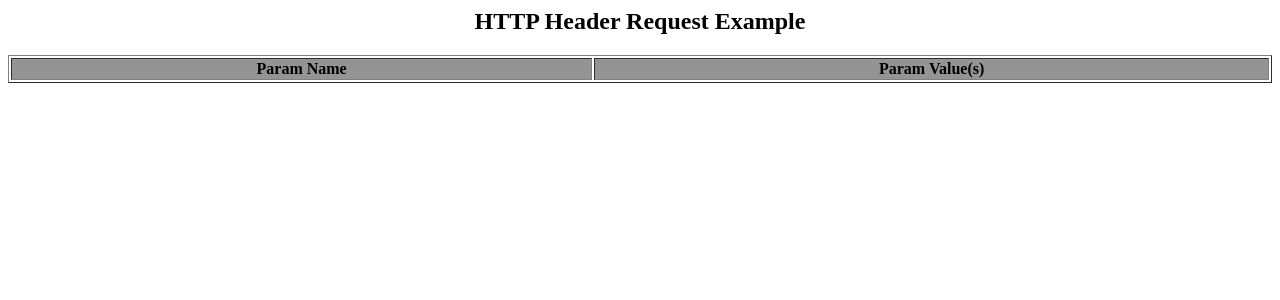
Repository: isaurabhkr/Spring-JavaCourse-101
Page: http://localhost/Web/Form.jsp
These files come from the project's save history. The page is drawn as it stood at one moment and after the next save; the edit follows.
The browser window is 1280 px wide. The pictures show the whole page.
The page is served by Tomcat 9.

Above is the page before, as saved 2019-08-06 03:29:37.

### Spring/WP/Web/WebContent/Form.jsp
<%@ page import = "java.io.*,java.util.*" %>

<html>
   <head>
      <title>HTTP Header Request Example</title>
   </head>

   <body>
      <center>
         <h2>HTTP Header Request Example</h2>
         <table width = "100%" border = "1" align = "center">
            <tr bgcolor = "#949494">
               <th>Param Name</th>
               <th>Param Value(s)</th>
            </tr>
            <%
               Enumeration paramNames = request.getParameterNames();
               while(paramNames.hasMoreElements()) {
                  String paramName = (String)paramNames.nextElement();
                  out.print("<tr><td>" + paramName + "</td>\n");
                  String paramValue = request.getHeader(paramName);
                  out.println("<td> " + paramValue + "</td></tr>\n");
               }
            %>
         </table>
      </center>

   </body>
</html>

After the next save:
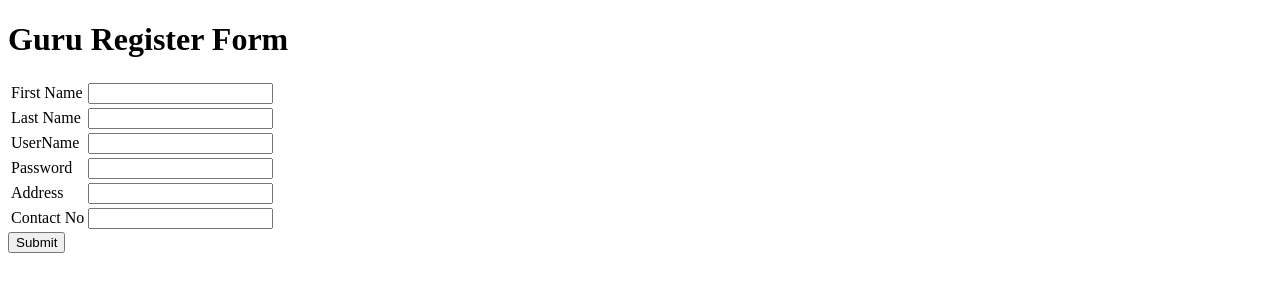
Saved 4 min 8 s later.
--- a/Spring/WP/Web/WebContent/Form.jsp
+++ b/Spring/WP/Web/WebContent/Form.jsp
@@ -1,29 +1,39 @@
-<%@ page import = "java.io.*,java.util.*" %>
-
+<%@ page language="java" contentType="text/html; charset=ISO-8859-1"
+    pageEncoding="ISO-8859-1"%>
+<!DOCTYPE html PUBLIC "-//W3C//DTD HTML 4.01 Transitional//EN" "http://www.w3.org/TR/html4/loose.dtd">
 <html>
-   <head>
-      <title>HTTP Header Request Example</title>
-   </head>
-
-   <body>
-      <center>
-         <h2>HTTP Header Request Example</h2>
-         <table width = "100%" border = "1" align = "center">
-            <tr bgcolor = "#949494">
-               <th>Param Name</th>
-               <th>Param Value(s)</th>
-            </tr>
-            <%
-               Enumeration paramNames = request.getParameterNames();
-               while(paramNames.hasMoreElements()) {
-                  String paramName = (String)paramNames.nextElement();
-                  out.print("<tr><td>" + paramName + "</td>\n");
-                  String paramValue = request.getHeader(paramName);
-                  out.println("<td> " + paramValue + "</td></tr>\n");
-               }
-            %>
-         </table>
-      </center>
-
-   </body>
+<head>
+<meta http-equiv="Content-Type" content="text/html; charset=ISO-8859-1">
+<title>Guru Registration Form</title>
+</head>
+<body>
+<h1>Guru Register Form</h1>
+<form action="guru_register" method="post">
+			<table style="with: 50%">
+				<tr>
+					<td>First Name</td>
+					<td><input type="text" name="first_name" /></td>
+				</tr>
+				<tr>
+					<td>Last Name</td>
+					<td><input type="text" name="last_name" /></td>
+				</tr>
+				<tr>
+					<td>UserName</td>
+					<td><input type="text" name="username" /></td>
+				</tr>
+					<tr>
+					<td>Password</td>
+					<td><input type="password" name="password" /></td>
+				</tr>
+				<tr>
+					<td>Address</td>
+					<td><input type="text" name="address" /></td>
+				</tr>
+				<tr>
+					<td>Contact No</td>
+					<td><input type="text" name="contact" /></td>
+				</tr></table>
+			<input type="submit" value="Submit" /></form>
+</body>
 </html>
